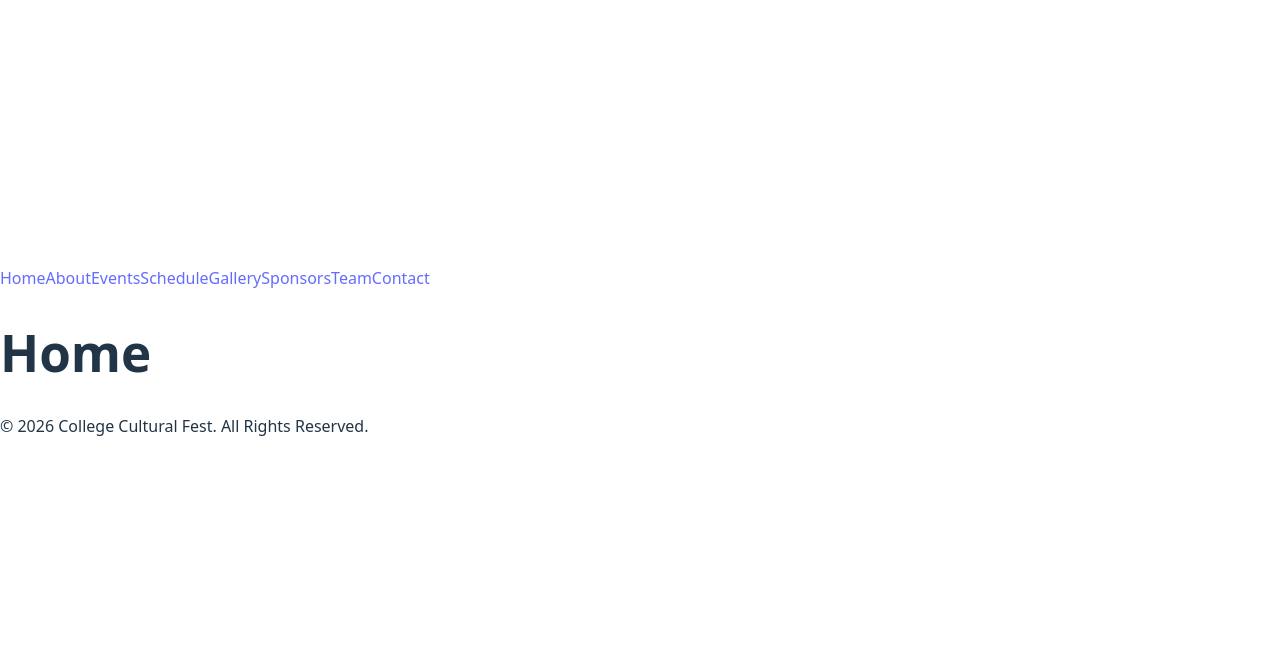
Repository: mridang-iiitu/Mridang-2k26
Page: /
The author's editor kept a copy of each file at every save. The page is drawn from the files as they stood at one save, then again after the next save.
The browser window is 1280 px wide. The pictures show the whole page.
The project was rebuilt for these pictures with package versions that can differ from the ones it lists, and the page was loaded fresh each time. Also part of the build but not shown: vite.config.js, src/pages/About.jsx, src/pages/Events.jsx, src/pages/Schedule.jsx, src/pages/Gallery.jsx, src/pages/Sponsors.jsx, src/pages/Team.jsx, src/pages/Contact.jsx.

Above is the page before, as saved 2026-08-03 12:38:30.

After the next save:
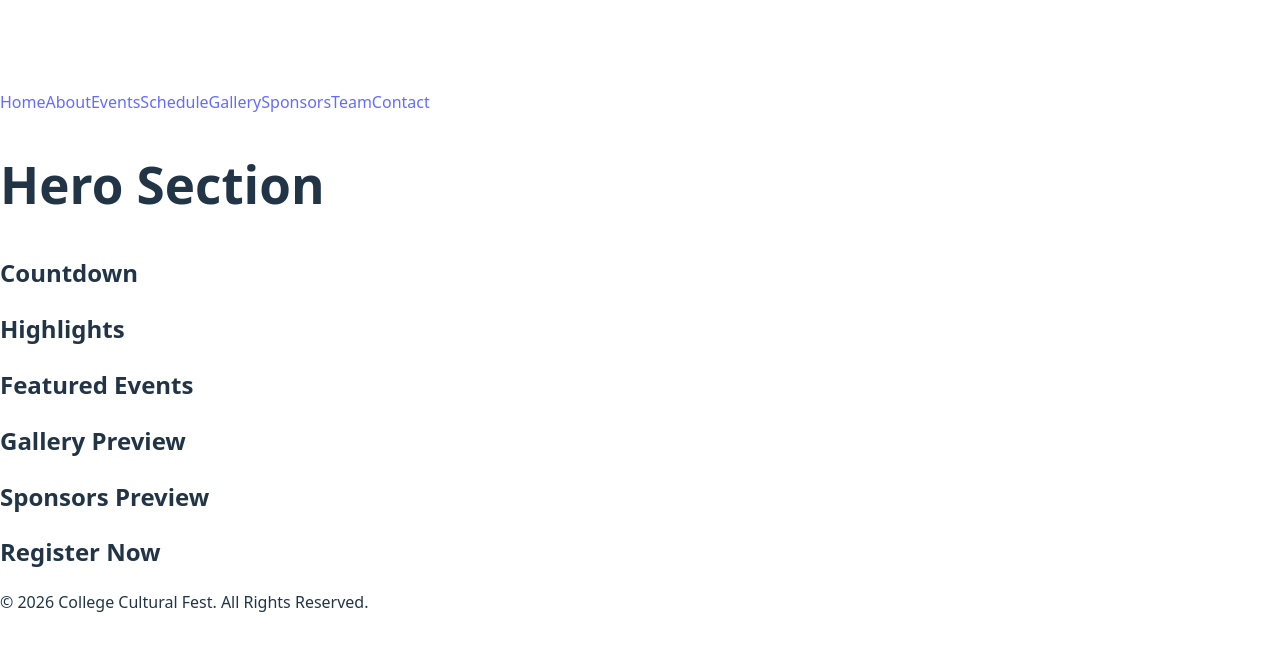
Saved 53 min 30 s later.
--- a/src/pages/Home.jsx
+++ b/src/pages/Home.jsx
@@ -1,7 +1,35 @@
 export default function Home() {
   return (
-    <div className="min-h-screen p-10">
-      <h1 className="text-4xl font-bold">Home</h1>
-    </div>
+    <main>
+
+      <section id="hero">
+        <h1>Hero Section</h1>
+      </section>
+
+      <section id="countdown">
+        <h2>Countdown</h2>
+      </section>
+
+      <section id="highlights">
+        <h2>Highlights</h2>
+      </section>
+
+      <section id="featured-events">
+        <h2>Featured Events</h2>
+      </section>
+
+      <section id="gallery-preview">
+        <h2>Gallery Preview</h2>
+      </section>
+
+      <section id="sponsors-preview">
+        <h2>Sponsors Preview</h2>
+      </section>
+
+      <section id="register">
+        <h2>Register Now</h2>
+      </section>
+
+    </main>
   );
 }
